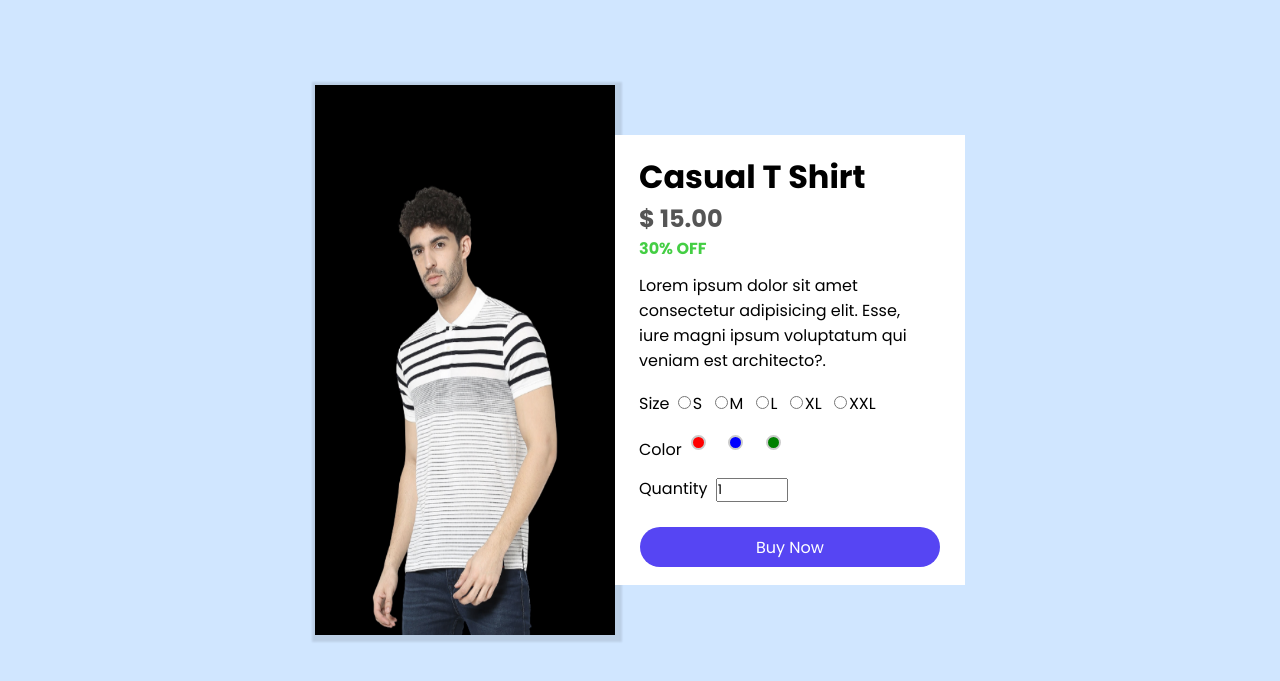
Repository: Ankitkr2021/Product-Page
Page: index.html
The author's editor kept a copy of each file at every save. The page is drawn from the files as they stood at one save, then again after the next save.
The browser window is 1280 px wide. The pictures show the whole page.

Above is the page before, as saved 2025-10-25 14:36:10.

After the next save:
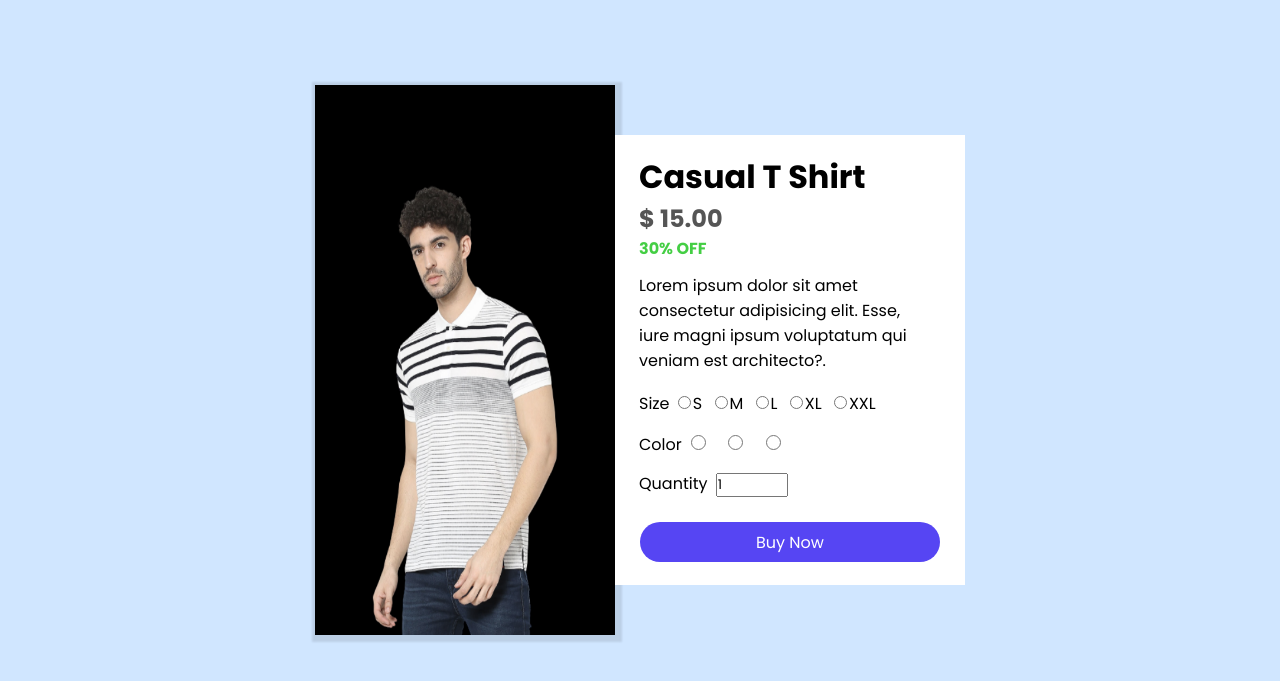
Saved 33 s later.
--- a/style.css
+++ b/style.css
@@ -64,9 +64,6 @@
 }
 
 .color input[type="radio"] {
-  appearance: none;              /* remove default browser look */
-  -webkit-appearance: none;      /* for Safari */
-  -moz-appearance: none;         /* for Firefox */
   width: 25px;
   height: 25px;
   border-radius: 50%;            /* make it a circle */
@@ -90,13 +87,8 @@
   background: green;
 }
 
-/* when selected, show inner dot (radio effect) */
-/* .color input[type="radio"]:checked {
-  box-shadow: 0 0 0 4px white inset, 0 0 0 2px black;
-} */
-
- .color {
-    padding: 14px 12px 0 24px;
+.color {
+  padding: 14px 12px 0 24px;
 }
 
 
@@ -117,6 +109,9 @@
   border-color: 0.1px solid #000;
 }
 
+.color input[type="radio"]:checked {
+  box-shadow: 0 0 0 4px white inset, 0 0 0 2px black;
+}
 
 .quantity {
     padding: 14px 12px 0 24px;

After the save that followed:
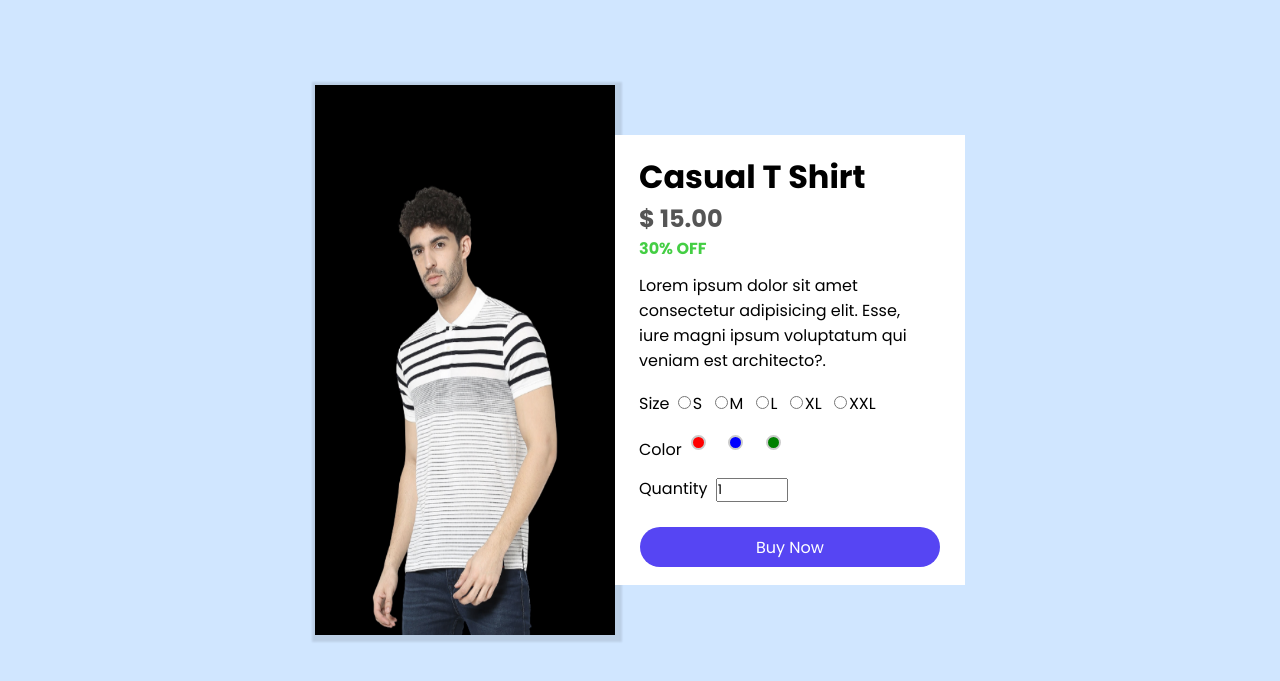
Saved 7 s later.
--- a/style.css
+++ b/style.css
@@ -64,6 +64,9 @@
 }
 
 .color input[type="radio"] {
+  appearance: none;              /* remove default browser look */
+  -webkit-appearance: none;      /* for Safari */
+  -moz-appearance: none;         /* for Firefox */
   width: 25px;
   height: 25px;
   border-radius: 50%;            /* make it a circle */
